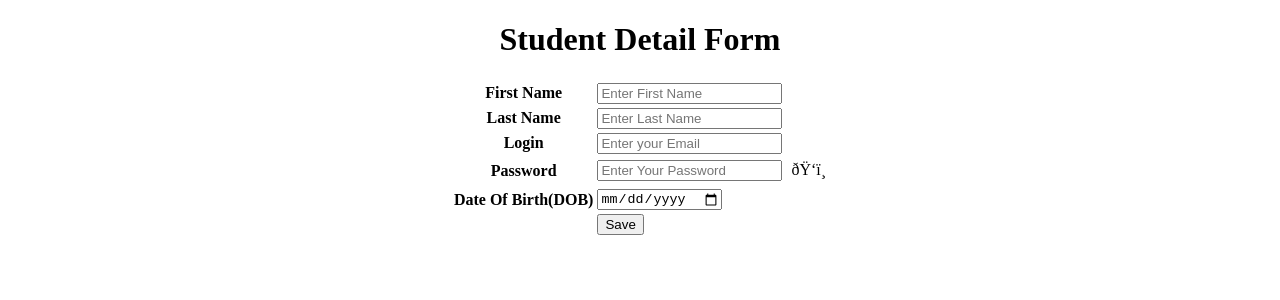
Repository: Abhi070717/Advance-Java
Page: http://localhost/jsp-servlet/UserForm.jsp
These files come from the project's save history. The page is drawn as it stood at one moment and after the next save; the edit follows.
The browser window is 1280 px wide. The pictures show the whole page.
The page is served by Tomcat 9. Other server files are loaded and not shown.

Above is the page before, as saved 2026-01-21 10:50:30.

### Jsp-servlet/jsp-servlet/WebContent/UserForm.jsp
<%@ page language="java" contentType="text/html; charset=ISO-8859-1"
	pageEncoding="ISO-8859-1"%>
<!DOCTYPE html>
<html>
<head>
<meta charset="ISO-8859-1">
<title>Student Form</title>
<style>
.eye {
	cursor: pointer;
	margin-left: 5px;
}
</style>
</head>
<body>

	<div align="center">

		<form>
			<h1>Student Detail Form</h1>
			<table>
				<tr>
					<th>First Name</th>
					<td><input type="text" name="firstName" value=""
						placeholder="Enter First Name"></td>
				</tr>
				<tr>
					<th>Last Name</th>
					<td><input type="text" name="lastName" value=""
						placeholder="Enter Last Name"></td>
				</tr>
				<tr>
					<th>Login</th>
					<td><input type="email" name="login" value=""
						placeholder="Enter your Email"></td>
				</tr>
				<tr>
					<th>Password</th>
					<td><input type="password" id="password" name="password"
						placeholder="Enter Your Password"> <span class="eye"
						onclick="togglePassword()">👁️</span></td>
				</tr>

				<tr>
					<th>Date Of Birth(DOB)</th>
					<td><input type="date" name="DOB" value=""></td>
				</tr>
				<tr>
					<th></th>
					<td><input type="Submit" name="operation" value="Save"></td>
				</tr>
			</table>

		</form>

	</div>

</body>
</html>

After the next save:
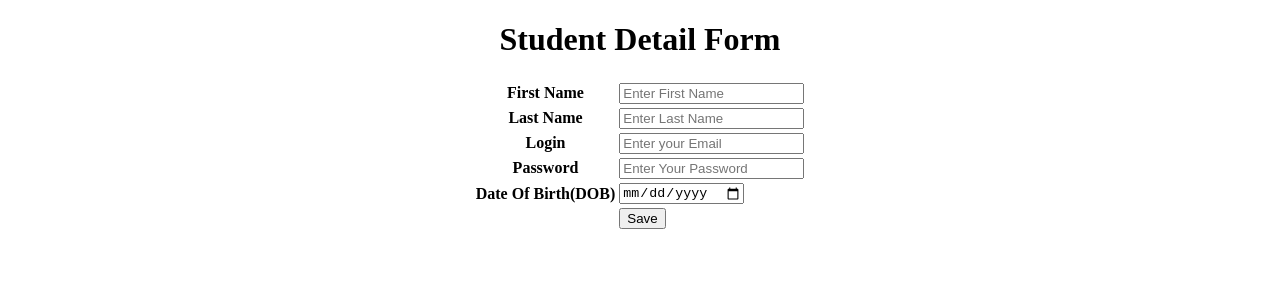
Saved 2 min 10 s later.
--- a/Jsp-servlet/jsp-servlet/WebContent/UserForm.jsp
+++ b/Jsp-servlet/jsp-servlet/WebContent/UserForm.jsp
@@ -5,12 +5,6 @@
 <head>
 <meta charset="ISO-8859-1">
 <title>Student Form</title>
-<style>
-.eye {
-	cursor: pointer;
-	margin-left: 5px;
-}
-</style>
 </head>
 <body>
 
@@ -37,8 +31,7 @@
 				<tr>
 					<th>Password</th>
 					<td><input type="password" id="password" name="password"
-						placeholder="Enter Your Password"> <span class="eye"
-						onclick="togglePassword()">👁️</span></td>
+						placeholder="Enter Your Password"></td>
 				</tr>
 
 				<tr>
